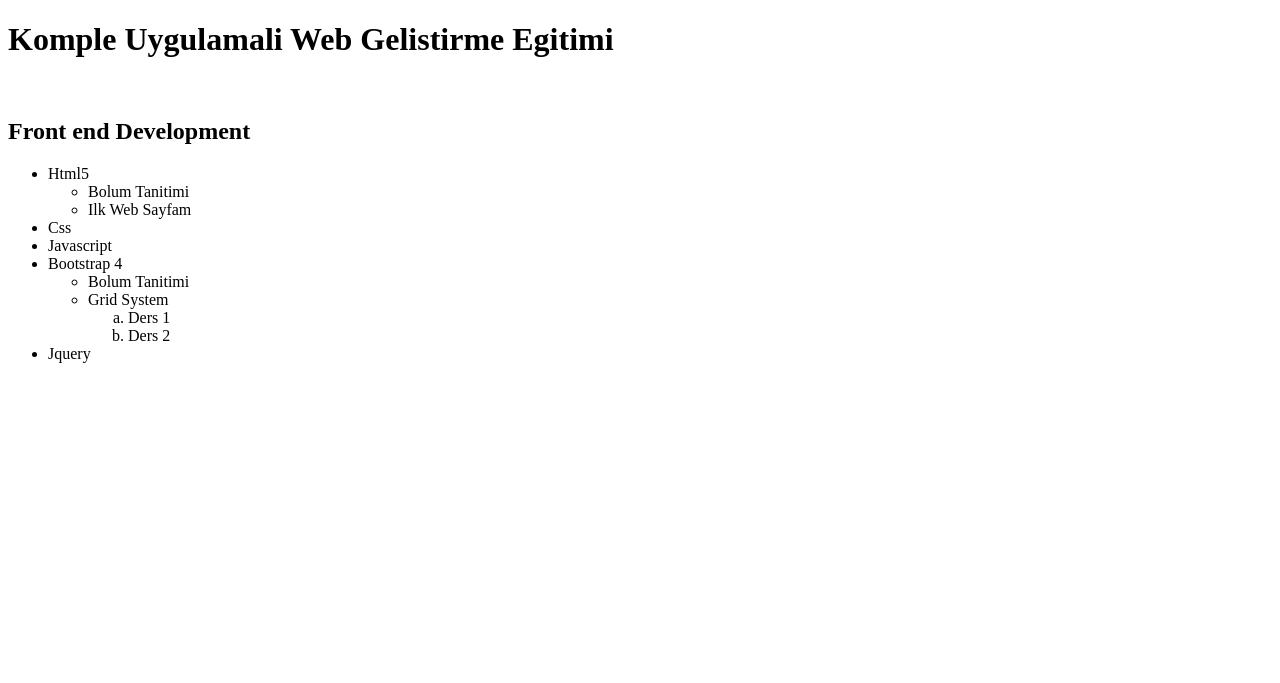
Repository: sammkrt/git101
Page: html-css-TrainingMyself/index.html
The author's editor kept a copy of each file at every save. The page is drawn from the files as they stood at one save, then again after the next save.
The browser window is 1280 px wide. The pictures show the whole page.

Above is the page before, as saved 2022-12-22 11:26:35.

After the next save:
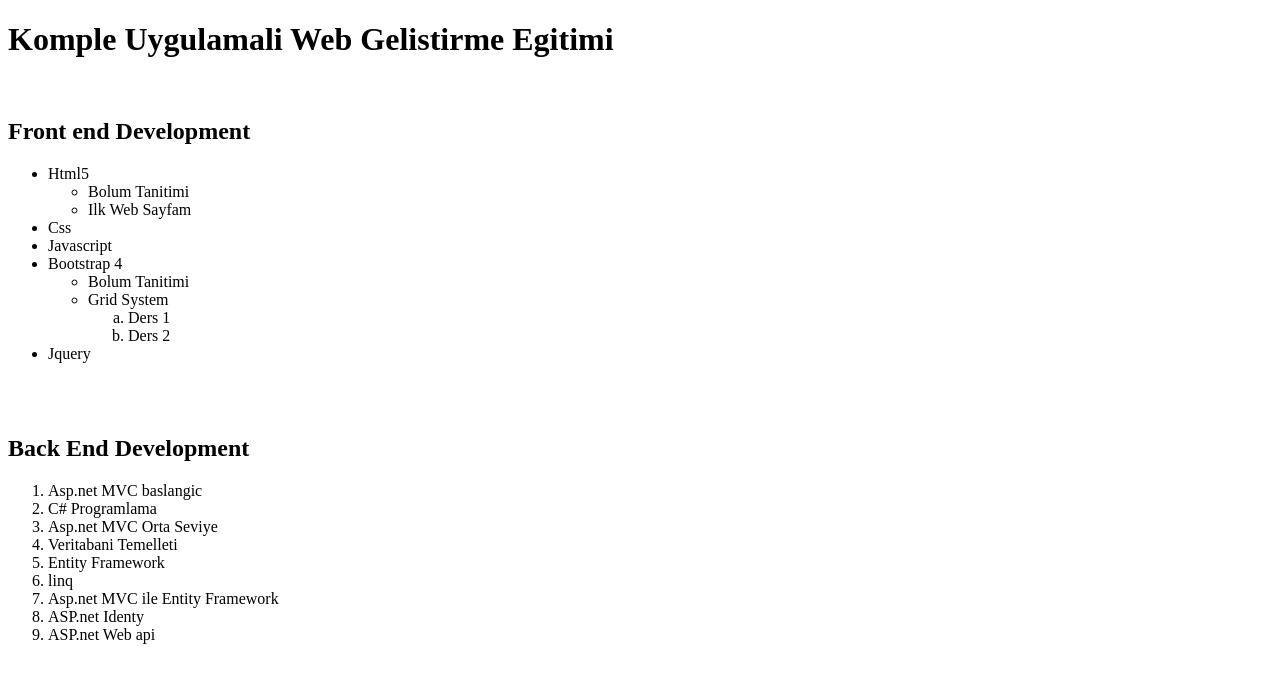
Saved 3 min 0 s later.
--- a/html-css-TrainingMyself/index.html
+++ b/html-css-TrainingMyself/index.html
@@ -28,6 +28,19 @@
         </ul>
     <li>Jquery</li>
 </ul>
+<br><br>
+<h2>Back End Development</h2>
+<ol>
+    <li>Asp.net MVC baslangic</li>
+    <li>C# Programlama</li>
+    <li>Asp.net MVC Orta Seviye</li>
+    <li>Veritabani Temelleti</li>
+    <li>Entity Framework</li>
+    <li>linq</li>
+    <li>Asp.net MVC ile Entity Framework</li>
+    <li>ASP.net Identy</li>
+    <li>ASP.net Web api</li>
+</ol>
 
 
 
